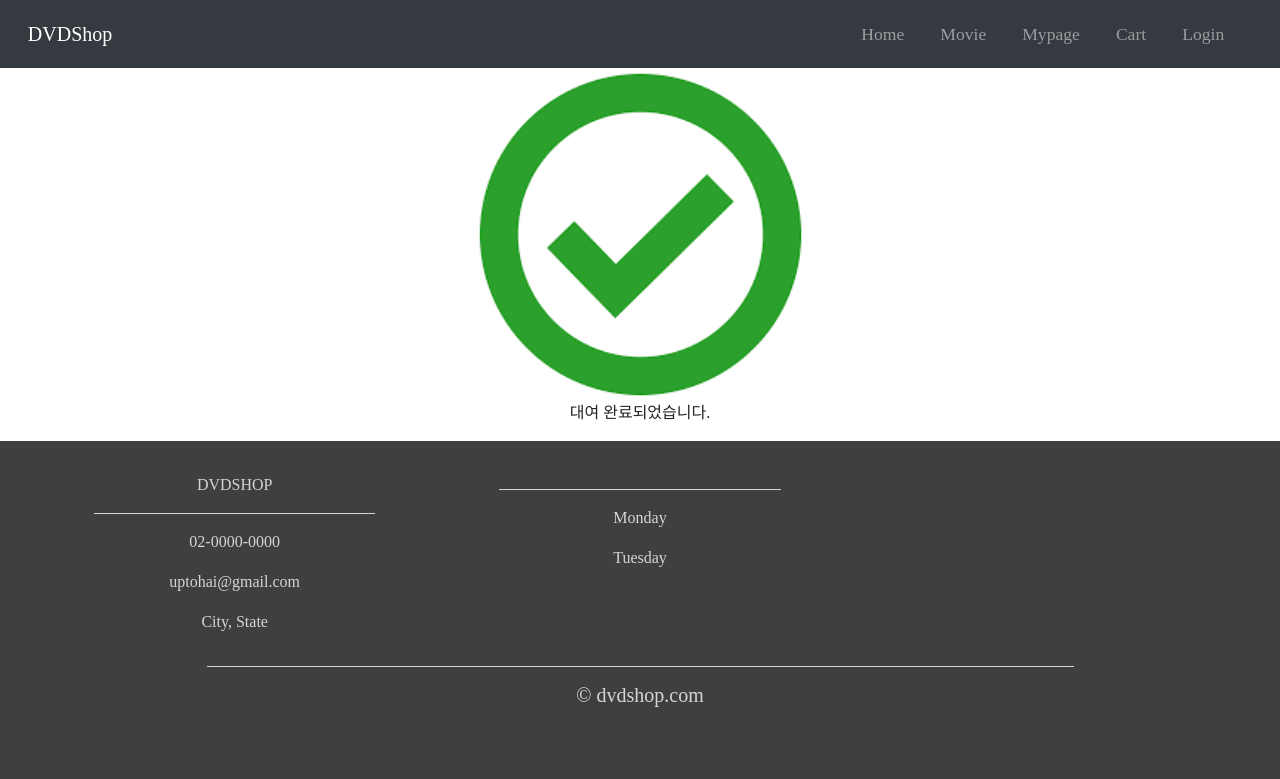
Repository: afterup/dvdshop
Page: http://localhost/shop_project/view/common/movie_rental.jsp
An editor plug-in stored every save of this project. The page is shown before and after the next save, followed by the edit.
The browser window is 1280 px wide. The pictures show the whole page.
The page is served by Tomcat 9.

Above is the page before, as saved 2019-08-14 05:56:25.

After the next save:
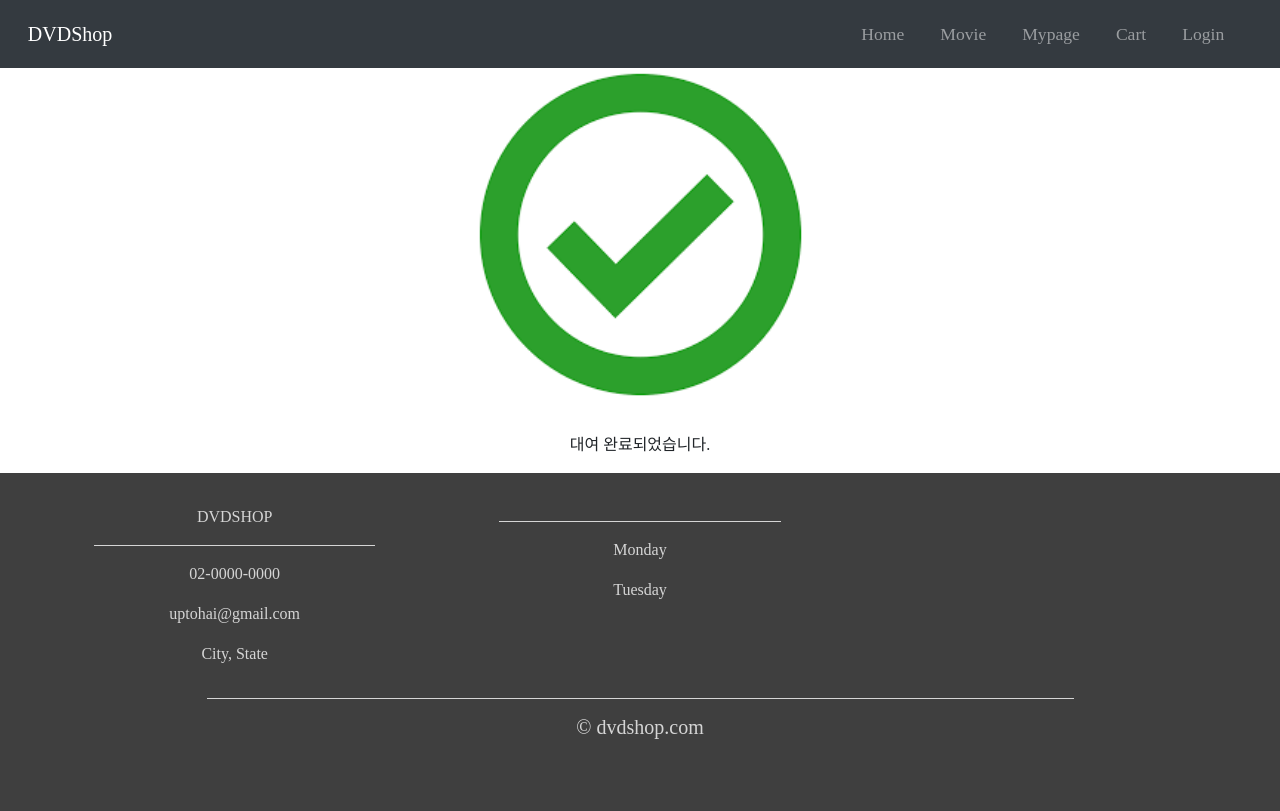
Saved 21 s later.
--- a/shop_project/WebContent/view/common/movie_rental.jsp
+++ b/shop_project/WebContent/view/common/movie_rental.jsp
@@ -46,7 +46,7 @@
 	<!-- main-->
 
 	<div class="container text-center" id="time">
-	<img src="${pageContext.request.contextPath}/img/check.png" style="width:30%;">
+	<img class="padding" src="${pageContext.request.contextPath}/img/check.png" style="width:30%;">
 		<p>대여 완료되었습니다.</p>
 
 	</div>
